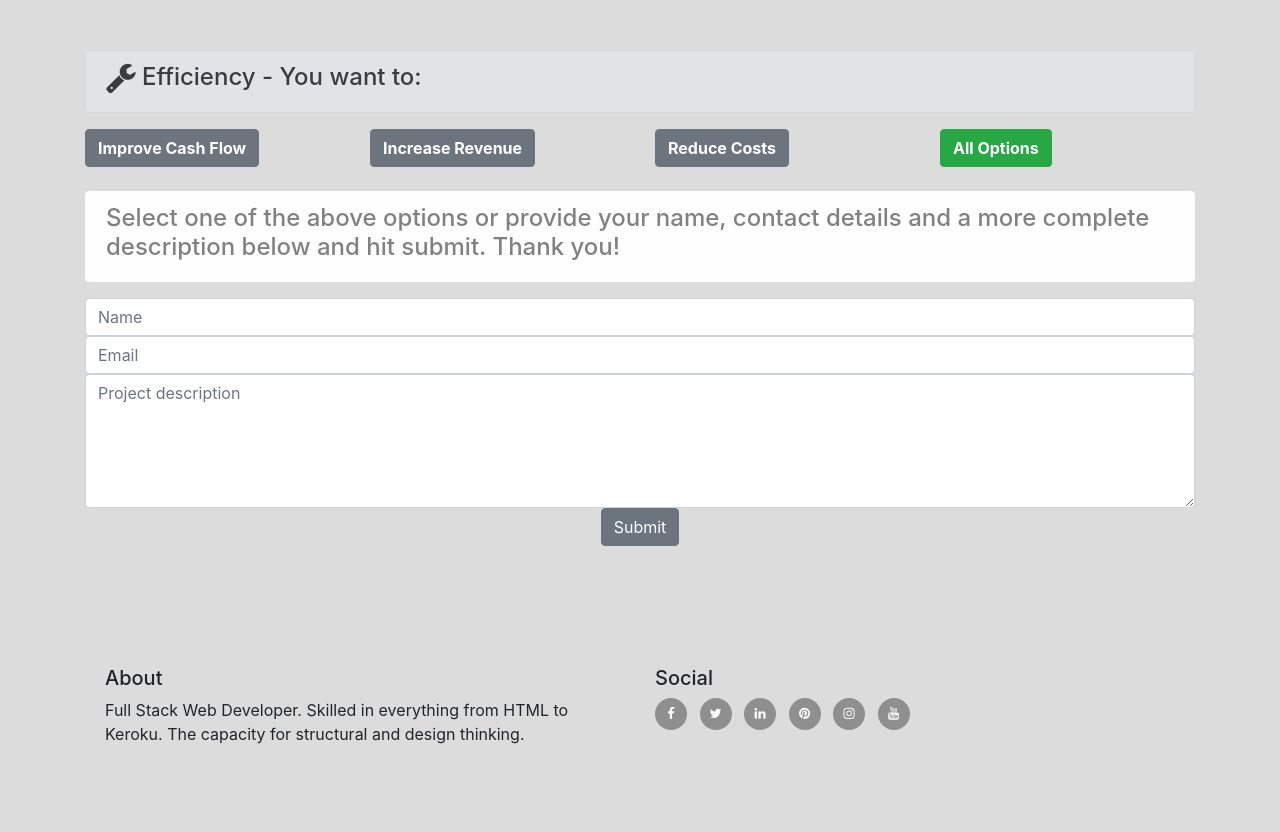
Repository: Code-Institute-Submissions/tenerim-milestone1
Page: Efficiency.html
The author's editor kept a record of every edit. The page is drawn from the files as they stood at one moment, then again after the next edit.
The browser window is 1280 px wide. The pictures show the whole page.

Above is the page before.

### Efficiency.html
<!DOCTYPE html>
<html lang="en">

<head>
    <meta charset="UTF-8">
    <meta name="viewport" content="width=device-width, initial-scale=1.0">
    <meta http-equiv="X-UA-Compatible" content="ie=edge">
    <link rel="stylesheet" href="https://stackpath.bootstrapcdn.com/bootstrap/4.3.1/css/bootstrap.min.css" type="text/css" />
    <link href="https://stackpath.bootstrapcdn.com/bootstrap/4.3.1/css/bootstrap.min.css" rel="stylesheet" integrity="sha384-ggOyR0iXCbMQv3Xipma34MD+dH/1fQ784/j6cY/iJTQUOhcWr7x9JvoRxT2MZw1T" crossorigin="anonymous">
    <link rel="stylesheet" href="https://stackpath.bootstrapcdn.com/font-awesome/4.7.0/css/font-awesome.min.css" type="text/css" />
    <link href="https://stackpath.bootstrapcdn.com/font-awesome/4.7.0/css/font-awesome.min.css" rel="stylesheet" integrity="sha384-wvfXpqpZZVQGK6TAh5PVlGOfQNHSoD2xbE+QkPxCAFlNEevoEH3Sl0sibVcOQVnN" crossorigin="anonymous">
    <link rel="stylesheet" href="assets/css/style.css" type="text/css" />
    <title>MT Milestone Project 1</title>

</head>

<!-------------------------------------------------------------Efficiency -->

<body>

    <section id="Efficiency" ;>

        <div class="container">

            <div class="row">
                <div class="col-sm-12">
                    <div class="alert alert-secondary" role="alert">
                        <h4 class="alert-heading"><i class="fa fa-wrench fa-lg" aria-hidden="true"></i> Efficiency - You want to:</h4>
                    </div>
                </div>
            </div>

            <div class="row">

                <div class="col-sm-3">
                    <button type="button" class="btn btn-secondary"><a href="#" class="alert-link">Improve Cash Flow</a></button> <br />
                </div>
                <div class="col-sm-3">
                    <button type="button" class="btn btn-secondary"><a href="#" class="alert-link">Increase Revenue</a></button> <br />
                </div>
                <div class="col-sm-3">
                    <button type="button" class="btn btn-secondary"><a href="#" class="alert-link">Reduce Costs</a></button> <br />
                </div>
                <div class="col-sm-3">
                    <button type="button" class="btn btn-success"><a href="#" class="alert-link">All Options</a></button> <br /> <br />
                </div>
            </div>

            <div class="alert alert-light" role="alert">
                <h4 class="alert-heading">Select one of the above options or provide your name, contact details and a more complete description below and hit submit. Thank you!</h4>
            </div>

            <div class="center-form">
                <form>
                    <input type="text" name="name" id="fullname" class="form-control" placeholder="Name" required />
                    <input type="email" name="email" id="emailaddress" class="form-control" placeholder="Email" required />
                    <textarea rows="5" name="projectsummary" id="projectsummary" class="form-control" placeholder="Project description" required></textarea>
                    <div class="form-row text-center">
                        <div class="col">
                            <button type="submit" class="btn btn-secondary">Submit</button>
                        </div>
                    </div>
                </form>
            </div>

        </div>

    </section>


    <!-------------------------------------------------------------Footer -->


    <Section id="footer" ;>

        <footer class="container">
            <div id="footer-details" class="row">
                <div class="col-sm-6">
                    <h5 class="uppercase general-sub">About</h5>
                    <p class "inline-block">
                        Full Stack Web Developer. Skilled in everything from HTML to Keroku. The capacity for structural and design thinking.</p>
                </div>


                <div class="col-sm-6">
                    <h5 class="uppercase general-sub">Social</h5>
                    <ul class="list-inline social-links">
                        <li class="list-inline-item">
                            <a target="_blank" href="#">
                            <i class="fa fa-facebook" aria-hidden="true"></i>
                            <span class="sr-only">Facebook</span>
                        </a>
                        </li>
                        <li class="list-inline-item">
                            <a target="_blank" href="#">
                            <i class="fa fa-twitter" aria-hidden="true"></i>
                            <span class="sr-only">twitter</span>
                        </a>
                        </li>
                        <li class="list-inline-item">
                            <a target="_blank" href="#">
                            <i class="fa fa-linkedin" aria-hidden="true"></i>
                            <span class="sr-only">LinkedIn</span>
                        </a>
                        </li>
                        </li>
                        <li class="list-inline-item">
                            <a target="_blank" href="#">
                            <i class="fa fa-pinterest" aria-hidden="true"></i>
                            <span class="sr-only">Pinterest</span>
                        </a>
                        </li>
                        </li>
                        <li class="list-inline-item">
                            <a target="_blank" href="#">
                            <i class="fa fa-instagram" aria-hidden="true"></i>
                            <span class="sr-only">Instagram</span>
                        </a>
                        </li>
                        </li>
                        <li class="list-inline-item">
                            <a target="_blank" href="#">
                            <i class="fa fa-youtube" aria-hidden="true"></i>
                            <span class="sr-only">YouTube</span>
                        </a>
                        </li>
                    </ul>
                </div>
            </div>

        </footer>

    </Section>

</body>

</html>

### assets/css/style.css
.container-fluid {
    background-color: rgb(220, 220, 220);
}

section {
    background-color: rgb(220, 220, 220);
    padding-top: 50px;
    padding-bottom: 50px;
}

.splash {
    background-color: rgb(192, 192, 192);
}


.display-4 {
    padding-top: 50px;
}


.lead {
    padding-bottom: 50px;
}


.headbox {
    border-radius: 25px;
    border: 2px solid #73AD21;
    padding: 10px;
    text-align: center;
    width: 200px;

}

h4 {
    color: rgb(255, 255, 255);
}


.alert-link {

color: rgb(255, 255, 255);
}

/*--------------------------------------How I Got Here-----*/

.timeline-item {
    padding: 0em 1em 1em 1em;
    border-left: 1px solid;
}

.timeline-item:before {
    content: attr(data-dates);
    left: 2.5em;
    top: 3em;
    display: block;
    font-weight: 500;
    font-size: 1em;
    color: #fafafa;
}

.timeline-item:after {
    width: 12px;
    height: 12px;
    display: block;
    top: -3em;
    position: relative;
    left: -23px;
    border-radius: 12px;
    content: "";
    background: #fafafa;
}


/*--------------------------------------How I Add Value-----*/








/*--------------------------------------Contact-----*/

.contact {
  position: relative;
  text-align: center;
  color: white;
}


.top-left {
  position: absolute;
  top: 8px;
  left: 16px;
}




/*--------------------------------------Footer-----*/

.social-links {
    padding-bottom: 15px;
}

.social-links li a i {
    width: 32px;
    height: 32px;
    padding: 12px 0;
    border-radius: 50%;
    font-size: 13px;
    line-height: 7px;
    text-align: center;
    color: #fafafa;
    background: #8f8f8f;
    transition: all 0.35s ease-in-out;
    -moz-transition: all 0.35s ease-in-out;
    -webkit-transition: all 0.35s ease-in-out;
    -o-transition: all 0.35s ease-in-out;
}

.social-links li a i:hover {
    background: #e84610;
}

#footer-details {
    padding: 20px;
}

After the next edit:
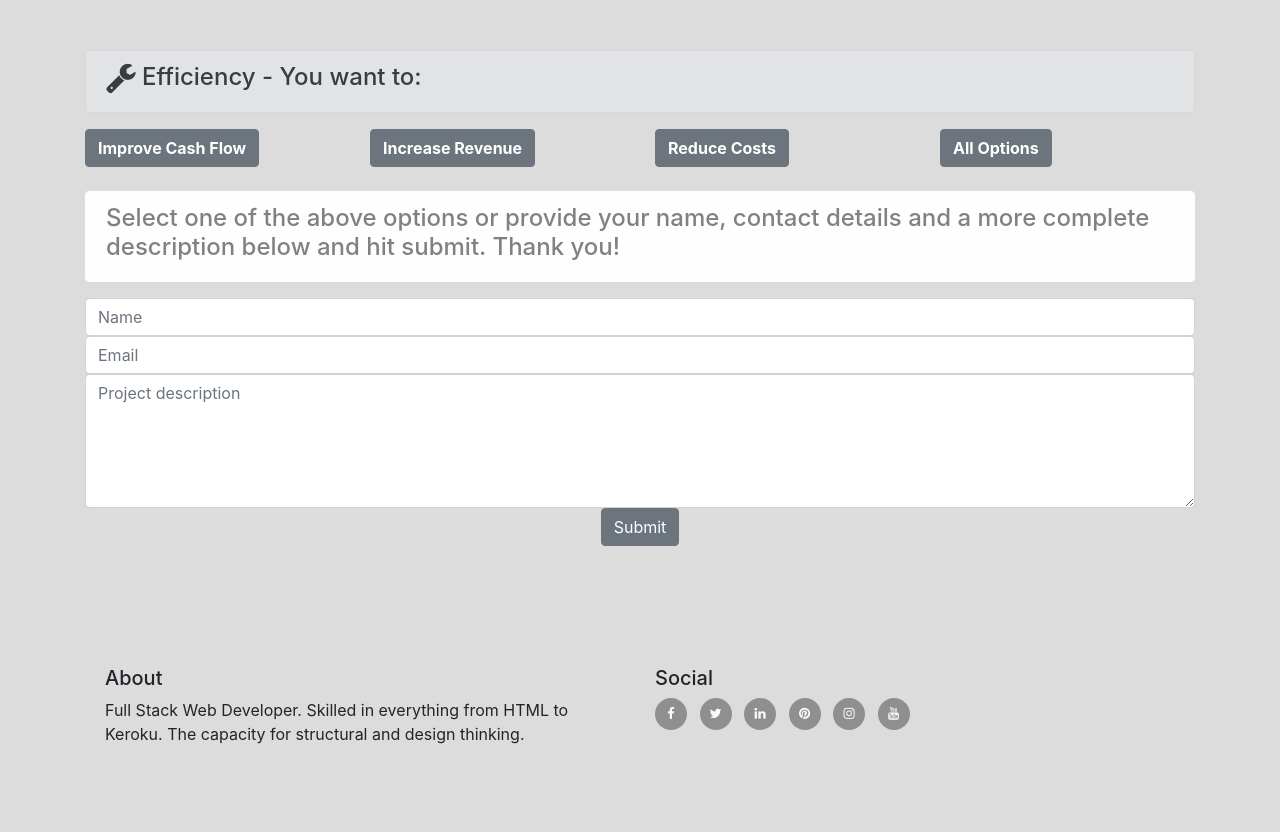
The edit:
--- a/Efficiency.html
+++ b/Efficiency.html
@@ -42,7 +42,7 @@
                     <button type="button" class="btn btn-secondary"><a href="#" class="alert-link">Reduce Costs</a></button> <br />
                 </div>
                 <div class="col-sm-3">
-                    <button type="button" class="btn btn-success"><a href="#" class="alert-link">All Options</a></button> <br /> <br />
+                    <button type="button" class="btn btn-secondary"><a href="#" class="alert-link">All Options</a></button> <br /> <br />
                 </div>
             </div>
 
